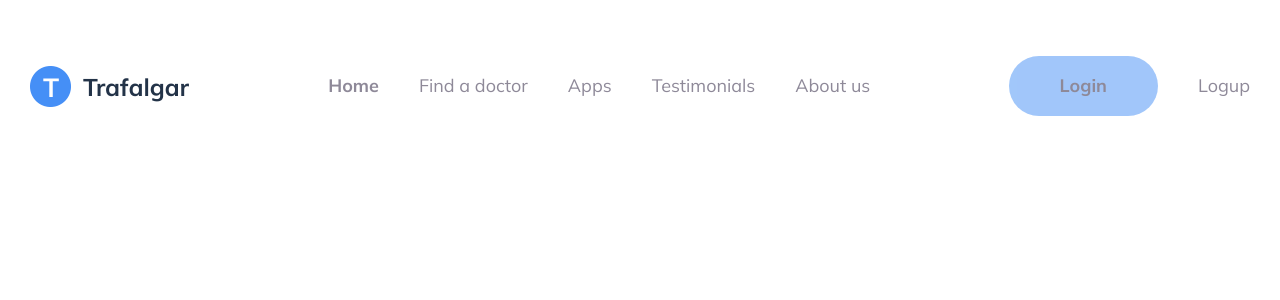
Repository: tungcutte35/Trafalgar
Page: index.html
An editor plug-in stored every save of this project. The page is shown before and after a run of saves, followed by the edit.
The browser window is 1280 px wide. The pictures show the whole page.
The style sheet was rebuilt from its Sass, Less or Tailwind sources for each picture, by a compiler version that may differ from the author's.

Above is the page before, as saved 2021-10-17 16:22:10.

After the next 2 saves:
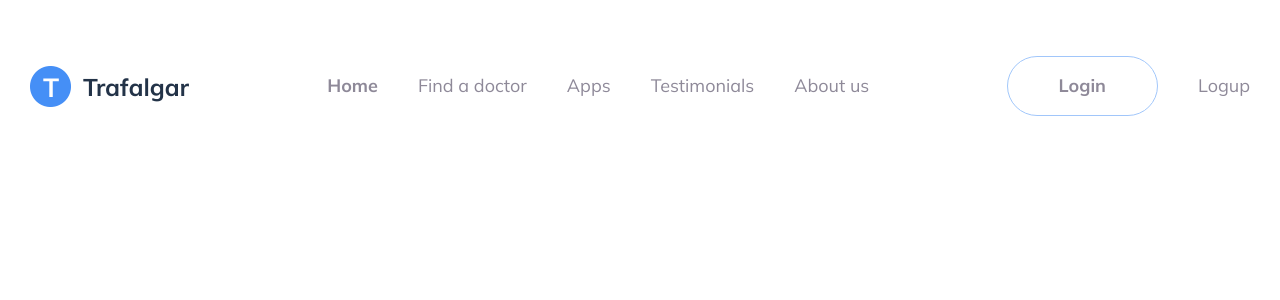
The 2 saves are shown as one change because they came seconds apart.
The last was saved 18 s later.
--- a/index.html
+++ b/index.html
@@ -36,7 +36,7 @@
         </ul>
         <ul class="header-log">
           <li class="menu-item">
-            <a href="#" class="button button--primary menu-link">Login</a>
+            <a href="#" class="button button--outline menu-link">Login</a>
           </li>
           <li class="menu-item">
             <a href="#" class="menu-link">Logup</a>

After the 2 saves that followed:
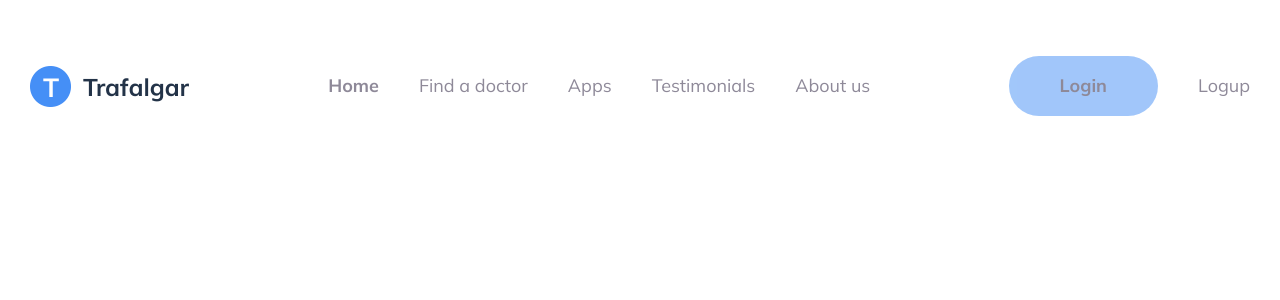
The 2 saves are shown as one change because 1 left the picture as it was.
The last was saved 5 min 14 s later.
--- a/index.html
+++ b/index.html
@@ -36,7 +36,7 @@
         </ul>
         <ul class="header-log">
           <li class="menu-item">
-            <a href="#" class="button button--outline menu-link">Login</a>
+            <a href="#" class="button button--primary menu-link">Login</a>
           </li>
           <li class="menu-item">
             <a href="#" class="menu-link">Logup</a>
--- a/sass/_global.scss
+++ b/sass/_global.scss
@@ -28,6 +28,7 @@ ul {
   background-color: transparent;
   border: 0;
   outline: none;
+  cursor: pointer;
   &--primary {
     color: #fff;
     background-color: $primary-color;
